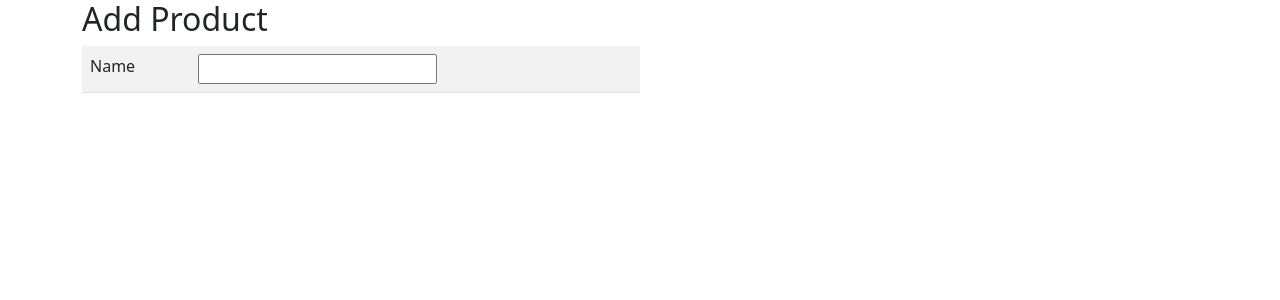
Repository: nguyenhung50497/MD3_thaoTacVoiFile
Page: BT_productManager2/templates/addProduct.html
An editor plug-in stored every save of this project. The page is shown before and after a run of saves, followed by the edit.
The browser window is 1280 px wide. The pictures show the whole page.
Some web libraries are served in a nearby version.

Above is the page before, as saved 2022-12-14 15:41:15.

### BT_productManager2/templates/addProduct.html
<!DOCTYPE html>
<html lang="en">
<head>
    <meta charset="UTF-8">
    <title>Customer manager</title>
    <link href="https://cdn.jsdelivr.net/npm/bootstrap@5.1.3/dist/css/bootstrap.min.css" rel="stylesheet" crossorigin="anonymous">
</head>
<body>
<div class="container">
    <div class="col-6">
        <h2>Add Product</h2>
        <form action="" method="post">
            <table class="table table-striped">
                <tr>
                    <td>Name</td>
                    <td><input type="text"></td>
                </tr>

            </table>
        </form>
    </div>

</div>
<script src="https://cdn.jsdelivr.net/npm/@popperjs/core@2.10.2/dist/umd/popper.min.js" integrity="sha384-7+zCNj/IqJ95wo16oMtfsKbZ9ccEh31eOz1HGyDuCQ6wgnyJNSYdrPa03rtR1zdB" crossorigin="anonymous"></script>
<script src="https://cdn.jsdelivr.net/npm/bootstrap@5.1.3/dist/js/bootstrap.min.js" integrity="sha384-QJHtvGhmr9XOIpI6YVutG+2QOK9T+ZnN4kzFN1RtK3zEFEIsxhlmWl5/YESvpZ13" crossorigin="anonymous"></script>
</body>
</html>

After the next 3 saves:
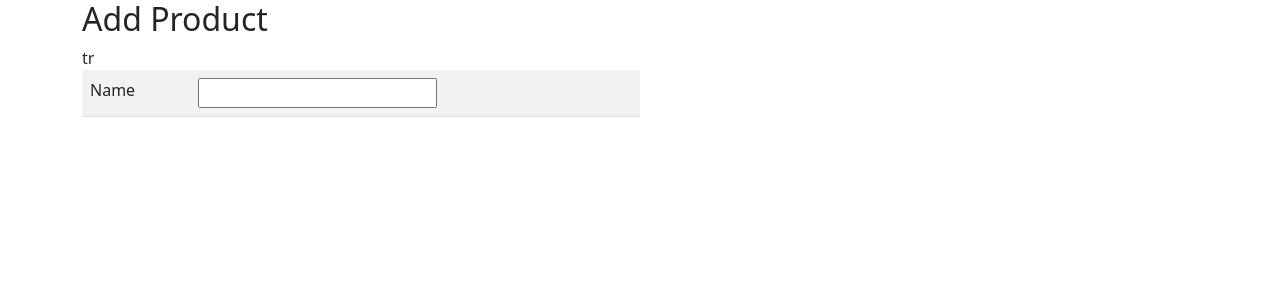
The 3 saves are shown as one change because they came seconds apart.
The last was saved 11 s later.
--- a/BT_productManager2/templates/addProduct.html
+++ b/BT_productManager2/templates/addProduct.html
@@ -13,9 +13,9 @@
             <table class="table table-striped">
                 <tr>
                     <td>Name</td>
-                    <td><input type="text"></td>
+                    <td><input type="text" name="name"></td>
                 </tr>
-
+                tr
             </table>
         </form>
     </div>

After the 2 saves that followed:
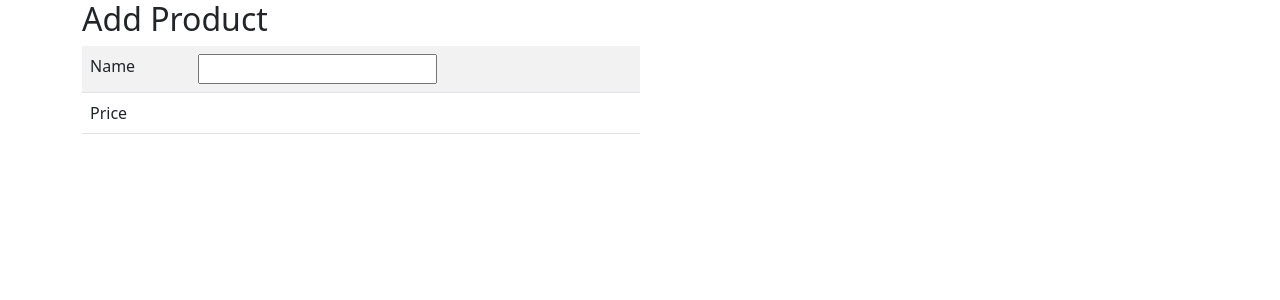
The 2 saves are shown as one change because they came seconds apart.
The last was saved 7 s later.
--- a/BT_productManager2/templates/addProduct.html
+++ b/BT_productManager2/templates/addProduct.html
@@ -15,7 +15,10 @@
                     <td>Name</td>
                     <td><input type="text" name="name"></td>
                 </tr>
-                tr
+                <tr>
+                    <td>Price</td>
+                    <td></td>
+                </tr>
             </table>
         </form>
     </div>
